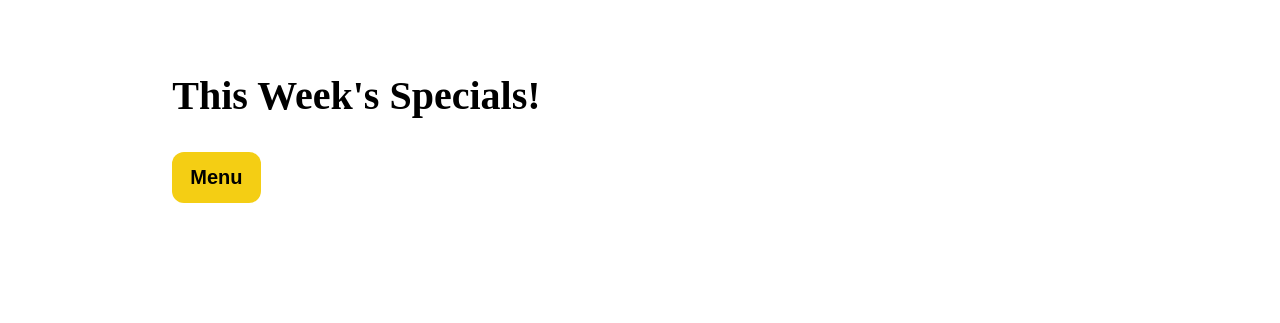
Repository: Obasjoe/Little-lemon
Page: /
The author's editor kept a copy of each file at every save. The page is drawn from the files as they stood at one save, then again after the next save.
The browser window is 1280 px wide. The pictures show the part of the page from y = 563 to 1160 px (the page is 886 px tall before and 1160 px after).
The project was rebuilt for these pictures with package versions that can differ from the ones it lists, and the page was loaded fresh each time. Also part of the build but not shown: src/Components/BookingForm.js, src/Components/Booking.js, src/Components/ConfirmedBooking.js.

Above is the page before, as saved 2023-11-14 06:50:15.

After the next save:
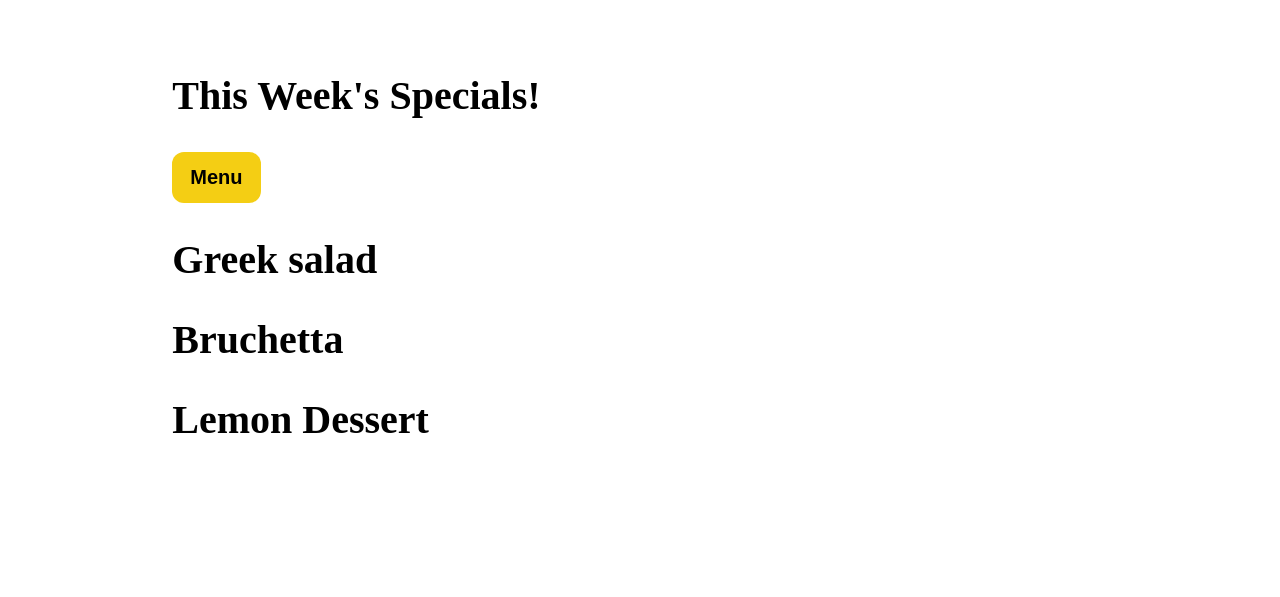
Saved 5 min 25 s later.
--- a/src/Components/Menu.js
+++ b/src/Components/Menu.js
@@ -1,12 +1,24 @@
 import React from 'react'
+import recipies from '../recipies'
 
 const Menu = () => {
+
   return (
     <div className='menu-container'>
       <div>
         <h2>This Week's Specials!</h2>
         <button>Menu</button>
       </div>
+
+      <div>
+        {
+            recipies.map(recipie => <div key={recipie.id}>
+                <h2>{recipie.title}</h2>
+
+            </div>)
+        }
+
+      </div>
     </div>
   )
 }
